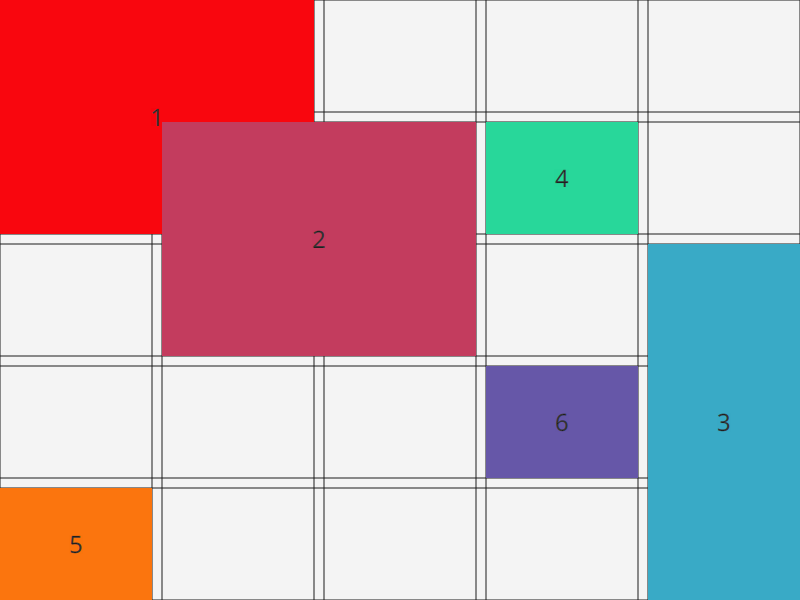
Repository: AlanVidalll/Curso-Java-Completo
Program's window: java exercicios-javafx/src/layout/AppLayout.java
These files come from the project's save history. The program's window is drawn as it stood at one moment and after the next save; the edit follows.
It runs on Java 21 on a 1366 x 768 screen with JavaFX 11; the title bar is not drawn.

Above is the program's window before, as saved 2020-04-11 13:59:45.

### exercicios-javafx/src/layout/AppLayout.java
package layout;

import javafx.application.Application;
import javafx.scene.Parent;
import javafx.scene.Scene;
import javafx.stage.Stage;

public class AppLayout extends Application {

	@Override
	public void start(Stage primaryStage) throws Exception {
		Parent raiz = null;

		raiz = new TesteAnchorPane();
		raiz = new TesteBorderPane();
		raiz = new TesteFlowPane();
		raiz = new TesteGridPane();

		//Scene principal = new Scene(new TesteAnchorPane(),800,600);
		Scene principal = new Scene(raiz,800,600);

		primaryStage.setScene(principal);
		primaryStage.setTitle("Gerenciadores de Layout");
		primaryStage.show();
	}

	public static void main(String[] args) {
		launch(args);
	}

}

### exercicios-javafx/src/layout/TesteGridPane.java
package layout;

import javafx.scene.layout.ColumnConstraints;
import javafx.scene.layout.GridPane;
import javafx.scene.layout.RowConstraints;

public class TesteGridPane extends GridPane {

	public TesteGridPane() {

		Caixa c1 = new Caixa().comTexto("1");
		Caixa c2 = new Caixa().comTexto("2");
		Caixa c3 = new Caixa().comTexto("3");
		Caixa c4 = new Caixa().comTexto("4");
		Caixa c5 = new Caixa().comTexto("5");
		Caixa c6 = new Caixa().comTexto("6");

		setGridLinesVisible(true);

		getColumnConstraints().addAll(cc(), cc(), cc(), cc(), cc());
		getRowConstraints().addAll(rc(), rc(), rc(), rc(), rc());

		setVgap(10);
		setHgap(10);

		add(c1, 0, 0, 2, 2);
		add(c2, 1, 1, 2, 2);
		add(c3, 4, 2, 1, 3);
		add(c4, 3, 1);
		add(c5, 0,4);
		add(c6,3,3);
	}

	private ColumnConstraints cc() {

		ColumnConstraints cc = new ColumnConstraints();
		cc.setPercentWidth(20);
		cc.setFillWidth(true);
		return cc;

	}

	private RowConstraints rc() {
		RowConstraints rc = new RowConstraints();
		rc.setPercentHeight(20);
		rc.setFillHeight(true);
		return rc;

	}
}

### exercicios-javafx/src/layout/TesteAnchorPane.java
package layout;

import javafx.geometry.Pos;
import javafx.scene.layout.AnchorPane;
import javafx.scene.layout.HBox;

public class TesteAnchorPane extends AnchorPane {

	public TesteAnchorPane() {

		Quadrado q1 = new Quadrado();
		setTopAnchor(q1, 10.0);
		setLeftAnchor(q1, 10.0);

		Quadrado q2 = new Quadrado();
		setTopAnchor(q2, 10.0);
		setRightAnchor(q2, 10.0);

		Quadrado q3 = new Quadrado();
		setBottomAnchor(q3, 10.0);
		setLeftAnchor(q3, 10.0);

		Quadrado q4 = new Quadrado();
		setBottomAnchor(q4, 10.0);
		setRightAnchor(q4, 10.0);


		HBox centro = new HBox();
		centro.setAlignment(Pos.CENTER);
		setTopAnchor(centro, 110.0);
		setBottomAnchor(centro, 110.0);
		setLeftAnchor(centro, 110.0);
		setRightAnchor(centro, 110.0);

		Quadrado q5 = new Quadrado();
		centro.getChildren().add(q5);

		getChildren().addAll(q1,q2,q3,q4,centro);
	}


}

### exercicios-javafx/src/layout/Quadrado.java
package layout;

import javafx.scene.paint.Color;
import javafx.scene.shape.Rectangle;

public class Quadrado extends Rectangle {

	private static int i = 0;

	private String[] cores = {
			"c33c5e", "39aac6",
			"28d79a", "fb750e",
			"6657a8", "f9060e"

	};

	public Quadrado() {
		this(100, 100);
	}

	public Quadrado(int largura, int altura) {

		setWidth(largura);
		setHeight(altura);

		setFill(Color.web(cores[i]));
		;
		i++;
		if (i == 6)
			i = 0;
	}

}

### exercicios-javafx/src/layout/TesteBorderPane.java
package layout;

import javafx.scene.layout.BorderPane;

public class TesteBorderPane extends BorderPane {

	public TesteBorderPane () {


		Caixa c1 = new Caixa().comTexto("Topo");
		setTop(c1);
		Caixa c2 = new Caixa().comTexto("Esquerda");
		setLeft(c2);
		Caixa c3 = new Caixa().comTexto("Direita");
		setRight(c3);
		Caixa c4 = new Caixa().comTexto("Fundo");
		setBottom(c4);
		Caixa c5 = new Caixa().comTexto("Centro");
		setCenter(c5);
	}
}

### exercicios-javafx/src/layout/Caixa.java
package layout;

import javafx.geometry.Insets;
import javafx.geometry.Pos;
import javafx.scene.control.Label;
import javafx.scene.layout.Background;
import javafx.scene.layout.BackgroundFill;
import javafx.scene.layout.CornerRadii;
import javafx.scene.layout.HBox;
import javafx.scene.paint.Color;
import javafx.scene.text.Font;

public class Caixa extends HBox {

	private static int i = 0;

	private String[] cores = { "c33c5e", "39aac6", "28d79a", "fb750e", "6657a8", "f9060e"

	};

	public Caixa() {
		this(100, 100);
	}

	public Caixa(int largura, int altura) {
		setAlignment(Pos.CENTER);
		setMinWidth(largura);
		setMinHeight(altura);

		BackgroundFill fill =
				new BackgroundFill(Color.web(cores[i]),
						CornerRadii.EMPTY, Insets.EMPTY);
		setBackground(new Background(fill));
		i++;
		if(i == 6) i= 0;
	}

	public Caixa comTexto(String texto) {
		Label label = new Label(texto);
		label.setFont(new Font(24));
		getChildren().add(label);
		return this;
	}

}

### exercicios-javafx/src/layout/TesteFlowPane.java
package layout;

import javafx.geometry.Insets;
import javafx.geometry.Orientation;
import javafx.geometry.Pos;
import javafx.scene.layout.FlowPane;

public class TesteFlowPane extends FlowPane {


	public TesteFlowPane() {

		Quadrado q1 = new Quadrado();
		Quadrado q2 = new Quadrado();
		Quadrado q3 = new Quadrado();
		Quadrado q4 = new Quadrado();
		Quadrado q5 = new Quadrado();

		setHgap(10.0);
		setVgap(10.0);
		setPadding(new Insets(10));

		setOrientation(Orientation.VERTICAL);
		setAlignment(Pos.CENTER_RIGHT);

		getChildren().addAll(q1,q2,q3,q4,q5);



	}

}

After the next save:
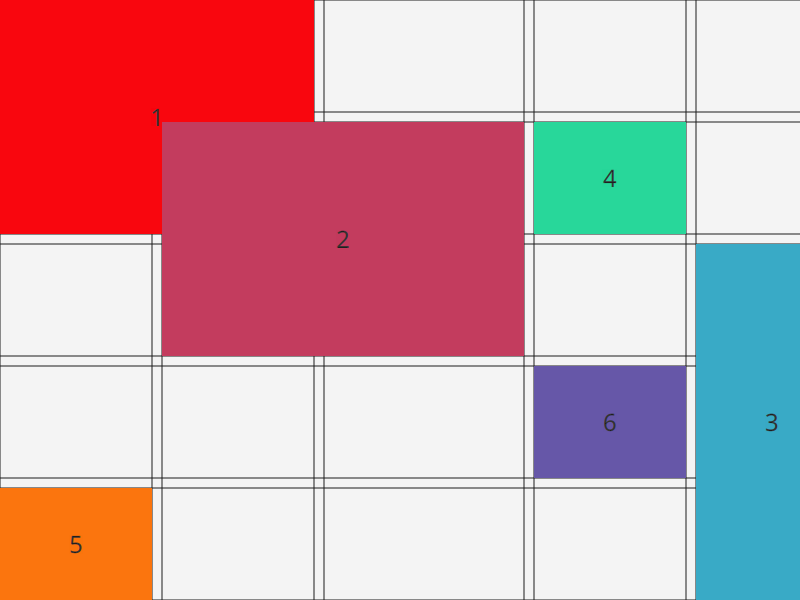
Saved 2 min 11 s later.
--- a/exercicios-javafx/src/layout/TesteGridPane.java
+++ b/exercicios-javafx/src/layout/TesteGridPane.java
@@ -17,7 +17,7 @@
 
 		setGridLinesVisible(true);
 
-		getColumnConstraints().addAll(cc(), cc(), cc(), cc(), cc());
+		getColumnConstraints().addAll(cc(), cc(), fcc(), cc(), cc());
 		getRowConstraints().addAll(rc(), rc(), rc(), rc(), rc());
 
 		setVgap(10);
@@ -40,6 +40,17 @@
 
 	}
 
+	private ColumnConstraints fcc() {
+
+		ColumnConstraints cc = new ColumnConstraints();
+		//cc.setPercentWidth(20);
+		cc.setMinWidth(200);
+		cc.setMaxWidth(200);
+		cc.setFillWidth(true);
+		return cc;
+
+	}
+
 	private RowConstraints rc() {
 		RowConstraints rc = new RowConstraints();
 		rc.setPercentHeight(20);
